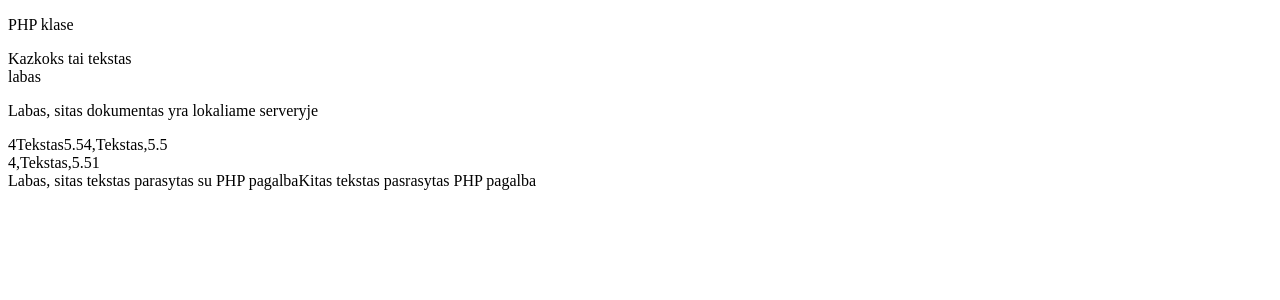
Repository: motiejus1/01-paskaita-PHP-05.31
Page: http://localhost/
The author's editor kept a copy of each file at every save. The page is drawn from the files as they stood at one save, then again after a run of saves.
The browser window is 1280 px wide. The pictures show the whole page.
The page is run by PHP 8.4 with error messages shown; the project is at /var/www/html/.

Above is the page before, as saved 2021-07-22 20:55:18.

### index.php
<!DOCTYPE html>
<html lang="en">
<head>
    <meta charset="UTF-8">
    <meta http-equiv="X-UA-Compatible" content="IE=edge">
    <meta name="viewport" content="width=device-width, initial-scale=1.0">
    <title>01-paskaita PHP</title>
    <style>
    </style>
</head>
<body>

<!-- ???? -->
    <div class="<?php echo 'containeris'?>">
        <p>PHP klase</p>
    </div>
<!-- ???? -->
    <?php
        $kazkoksTaiTekstas = "Kazkoks tai tekstas";
        echo "<div class='container'>";
        echo $kazkoksTaiTekstas;
        echo "</div>";
    ?>



    <?php
        echo "labas";
        // echo $skaicius;
    ?>
    <!-- PHP koda -->

    <!-- dokumentas yra pavadintas index.html arba index.php -->

    <p>Labas, sitas dokumentas yra lokaliame serveryje</p>
    <?php
        //Kintamieji

        $tekstas = "Tekstas";
        $sk = 5.5;
        $tiesa = true;
        $melas = false;
        $skaicius = 4;

        echo $skaicius,$tekstas,$sk; //
        //Tarpas tarp kintamuju?
        //Javascript +; tekstas + " " + tekstas = tekstas tekstas
        // Noriu kelti i kita eilute? <br>
        echo $skaicius.",".$tekstas.",".$sk;
        echo "<br>";
        echo $skaicius,",",$tekstas,",",$sk;

        echo $tiesa; //vizualiai nebus atvaizduojamas
        echo $melas; //vizualiai nebus atvaizduojamas

        echo "<br>";
        echo "Labas, sitas tekstas parasytas su PHP pagalba";
        echo "Kitas tekstas pasrasytas PHP pagalba";
    ?>


    <script>

        var kintamasis;
        kintamasis = 5;
        "use strict";
        console.log("labas");
    </script>
</body>
</html>

After the next 2 saves:
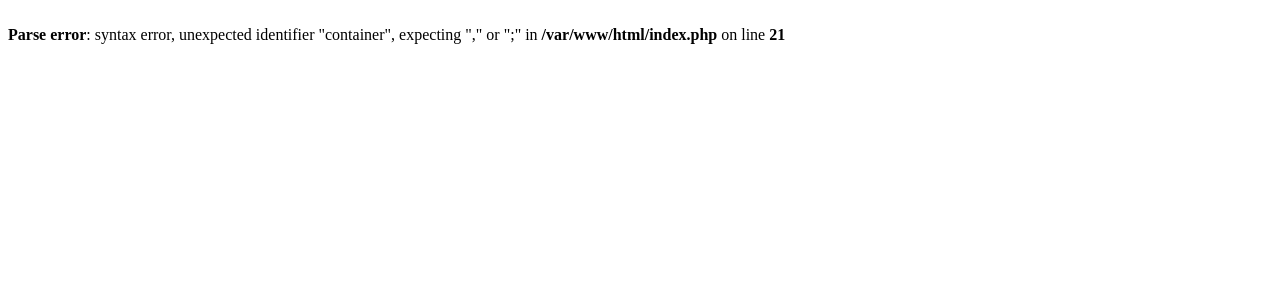
The 2 saves are shown as one change because they came seconds apart.
The last was saved 4 min 16 s later.
--- a/index.php
+++ b/index.php
@@ -18,6 +18,7 @@
     <?php
         $kazkoksTaiTekstas = "Kazkoks tai tekstas";
         echo "<div class='container'>";
+        echo '<div class='container'>";
         echo $kazkoksTaiTekstas;
         echo "</div>";
     ?>

After the 2 saves that followed:
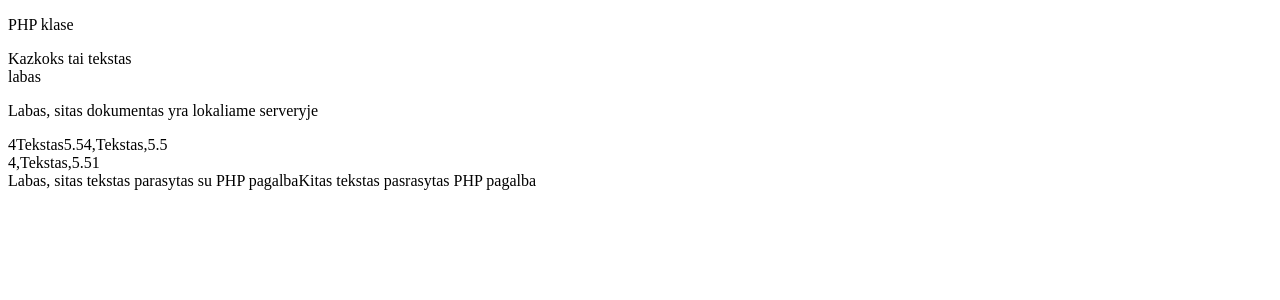
The 2 saves are shown as one change because they came seconds apart.
The last was saved 6 s later.
--- a/index.php
+++ b/index.php
@@ -18,7 +18,7 @@
     <?php
         $kazkoksTaiTekstas = "Kazkoks tai tekstas";
         echo "<div class='container'>";
-        echo '<div class='container'>";
+        echo '<div class="container">';
         echo $kazkoksTaiTekstas;
         echo "</div>";
     ?>
